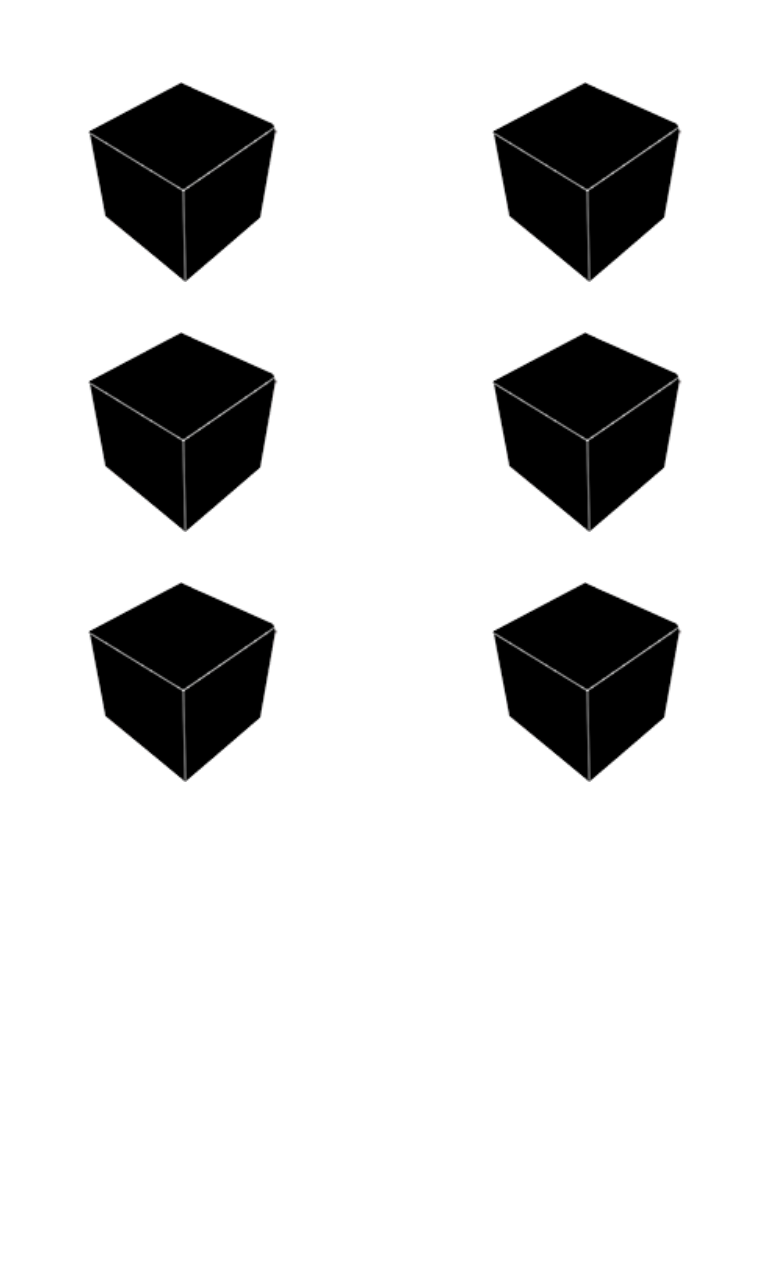
Repository: DSKarramba/university
Layout: models_and_methods_ICS/lab_01/code/calc/res/layout/activity_main.xml
The author's editor kept a copy of each file at every save. The layout is drawn from the files as they stood at one save, then again after the next save.
It is drawn on a 768 x 1280 px phone screen (xhdpi) without system bars, with theme AppTheme; the app's code is not run.

Above is the layout before, as saved 2014-12-11 03:35:09.

### models_and_methods_ICS/lab_01/code/calc/res/layout/activity_main.xml
<RelativeLayout xmlns:android="http://schemas.android.com/apk/res/android"
    xmlns:tools="http://schemas.android.com/tools"
    android:layout_width="match_parent"
    android:layout_height="match_parent"
    android:layout_gravity="top"
    android:paddingBottom="@dimen/activity_vertical_margin"
    android:paddingLeft="@dimen/activity_horizontal_margin"
    android:paddingRight="@dimen/activity_horizontal_margin"
    android:paddingTop="@dimen/activity_vertical_margin"
    tools:context="com.example.calc.MainActivity" >

    <ImageButton
        android:id="@+id/img1"
        android:layout_width="100dp"
        android:layout_height="100dp"
        android:layout_alignParentLeft="true"
        android:layout_alignParentTop="true"
        android:layout_marginLeft="25dp"
        android:layout_marginTop="25dp"
        android:background="@android:color/transparent"
        android:contentDescription="@string/str_box"
        android:scaleType="fitCenter"
        android:src="@drawable/box" />

    <ImageButton
        android:id="@+id/img2"
        android:layout_width="100dp"
        android:layout_height="100dp"
        android:layout_alignParentRight="true"
        android:layout_alignParentTop="true"
        android:layout_marginRight="25dp"
        android:layout_marginTop="25dp"
        android:background="@android:color/transparent"
        android:contentDescription="@string/str_box"
        android:scaleType="fitCenter"
        android:src="@drawable/box" />

    <ImageButton
        android:id="@+id/img3"
        android:layout_width="100dp"
        android:layout_height="100dp"
        android:layout_alignParentLeft="true"
        android:layout_below="@+id/img1"
        android:layout_marginLeft="25dp"
        android:layout_marginTop="25dp"
        android:background="@android:color/transparent"
        android:contentDescription="@string/str_box"
        android:scaleType="fitCenter"
        android:src="@drawable/box" />

    <ImageButton
        android:id="@+id/img4"
        android:layout_width="100dp"
        android:layout_height="100dp"
        android:layout_alignParentRight="true"
        android:layout_below="@+id/img2"
        android:layout_marginRight="25dp"
        android:layout_marginTop="25dp"
        android:background="@android:color/transparent"
        android:contentDescription="@string/str_box"
        android:scaleType="fitCenter"
        android:src="@drawable/box" />

    <ImageButton
        android:id="@+id/img5"
        android:layout_width="100dp"
        android:layout_height="100dp"
        android:layout_alignParentLeft="true"
        android:layout_below="@+id/img3"
        android:layout_marginLeft="25dp"
        android:layout_marginTop="25dp"
        android:background="@android:color/transparent"
        android:contentDescription="@string/str_box"
        android:scaleType="fitCenter"
        android:src="@drawable/box" />

    <ImageButton
        android:id="@+id/img6"
        android:layout_width="100dp"
        android:layout_height="100dp"
        android:layout_alignParentRight="true"
        android:layout_below="@+id/img4"
        android:layout_marginRight="25dp"
        android:layout_marginTop="25dp"
        android:background="@android:color/transparent"
        android:contentDescription="@string/str_box"
        android:scaleType="fitCenter"
        android:src="@drawable/box" />

</RelativeLayout>

### models_and_methods_ICS/lab_01/code/calc/res/values/strings.xml
<?xml version="1.0" encoding="utf-8"?>
<resources>

    <string name="app_name">cats</string>
    <string name="action_settings">Settings</string>
    <string name="str_box">box</string>

</resources>

Loaded but not shown: models_and_methods_ICS/lab_01/code/calc/res/values/styles.xml (common file); models_and_methods_ICS/lab_01/code/calc/res/values-v11/styles.xml (common file); models_and_methods_ICS/lab_01/code/calc/res/values-v14/styles.xml (common file); models_and_methods_ICS/lab_01/code/calc/res/values/dimens.xml (common file); models_and_methods_ICS/lab_01/code/calc/res/values-w820dp/dimens.xml (common file)

After the next save:
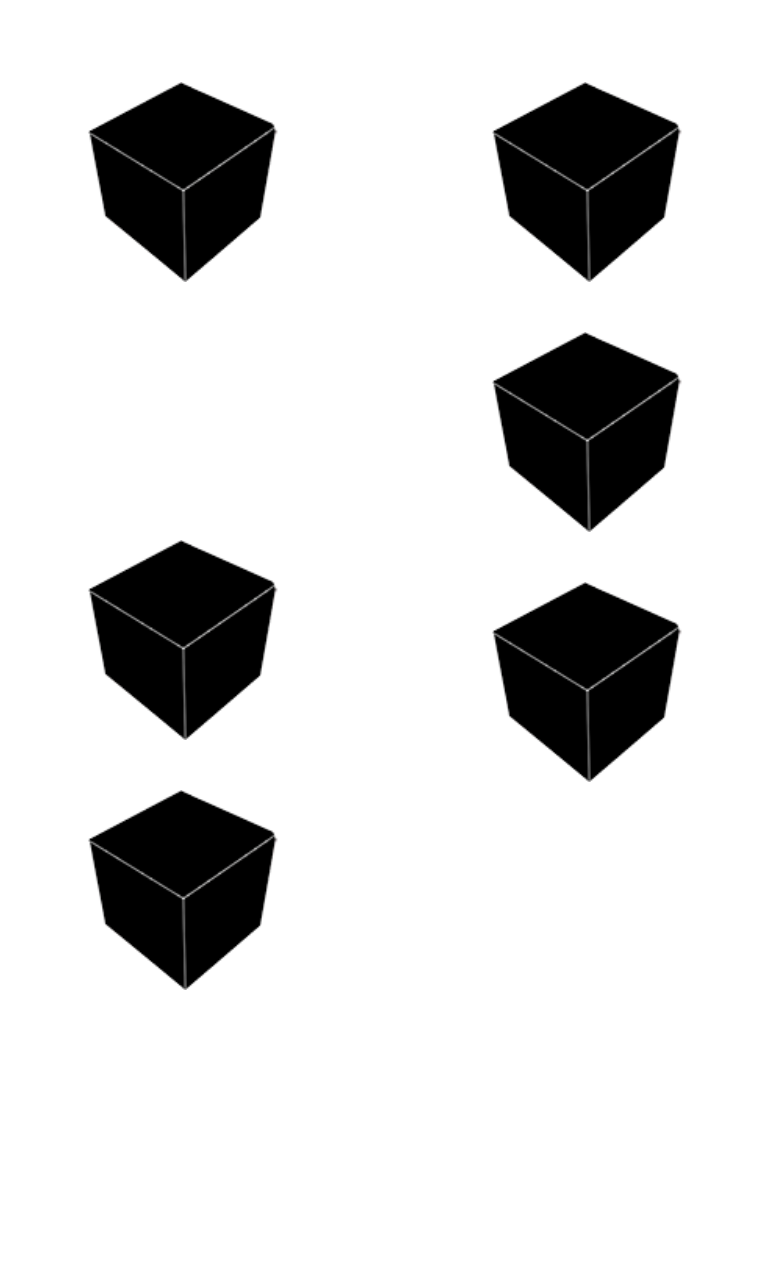
Saved 102 s later.
--- a/models_and_methods_ICS/lab_01/code/calc/res/layout/activity_main.xml
+++ b/models_and_methods_ICS/lab_01/code/calc/res/layout/activity_main.xml
@@ -29,19 +29,6 @@
         android:layout_alignParentRight="true"
         android:layout_alignParentTop="true"
         android:layout_marginRight="25dp"
-        android:layout_marginTop="25dp"
-        android:background="@android:color/transparent"
-        android:contentDescription="@string/str_box"
-        android:scaleType="fitCenter"
-        android:src="@drawable/box" />
-
-    <ImageButton
-        android:id="@+id/img3"
-        android:layout_width="100dp"
-        android:layout_height="100dp"
-        android:layout_alignParentLeft="true"
-        android:layout_below="@+id/img1"
-        android:layout_marginLeft="25dp"
         android:layout_marginTop="25dp"
         android:background="@android:color/transparent"
         android:contentDescription="@string/str_box"
@@ -87,4 +74,15 @@
         android:scaleType="fitCenter"
         android:src="@drawable/box" />
 
+    <ImageButton
+        android:id="@+id/img3"
+        android:layout_width="100dp"
+        android:layout_height="100dp"
+        android:layout_alignLeft="@+id/img5"
+        android:layout_centerVertical="true"
+        android:background="@android:color/transparent"
+        android:contentDescription="@string/str_box"
+        android:scaleType="fitCenter"
+        android:src="@drawable/box" />
+
 </RelativeLayout>
